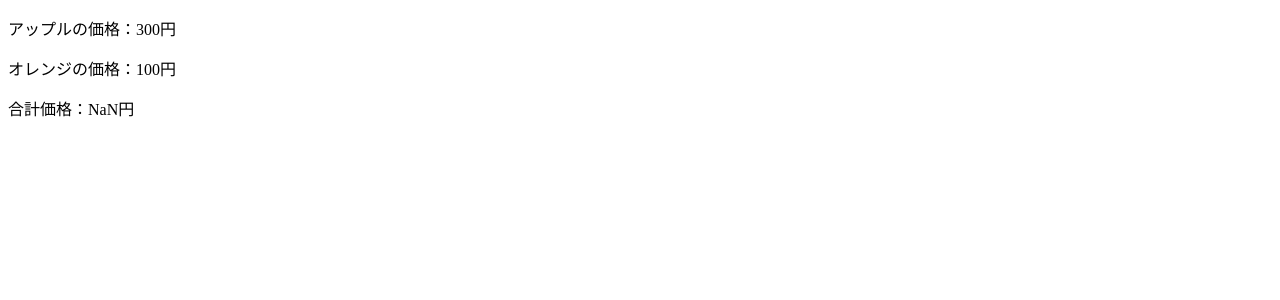
Repository: wadashuri/gourmet-website-develop
Page: js.1/07/func_sample2.html
The author's editor kept a record of every edit. The page is drawn from the files as they stood at one moment, then again after the next edit.
The browser window is 1280 px wide. The pictures show the whole page.

Above is the page before.

After the next edit:
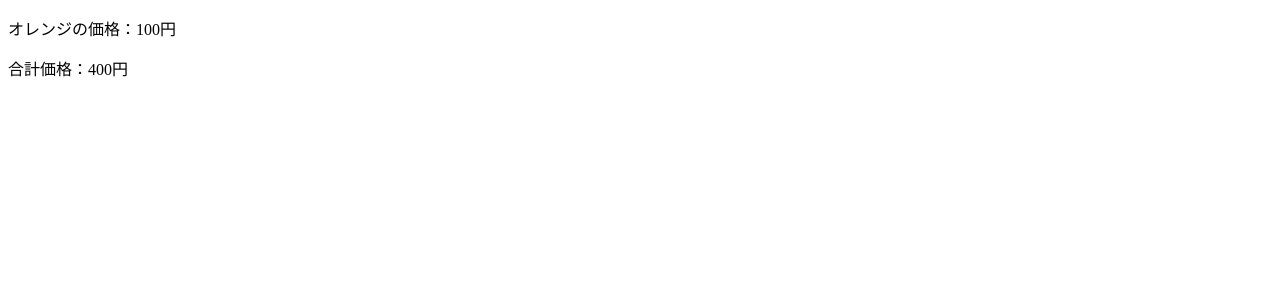
The edit:
--- a/js.1/07/func_sample2.html
+++ b/js.1/07/func_sample2.html
@@ -17,8 +17,8 @@
         // document.write(`<p>アップルの価格：200円</p>`);
         return 200;
     } else {
-        document.write(`<p>アップルの価格：300円</p>`);
-        // return 300;
+        // document.write(`<p>アップルの価格：300円</p>`);
+        return 300;
     }
 }
 
